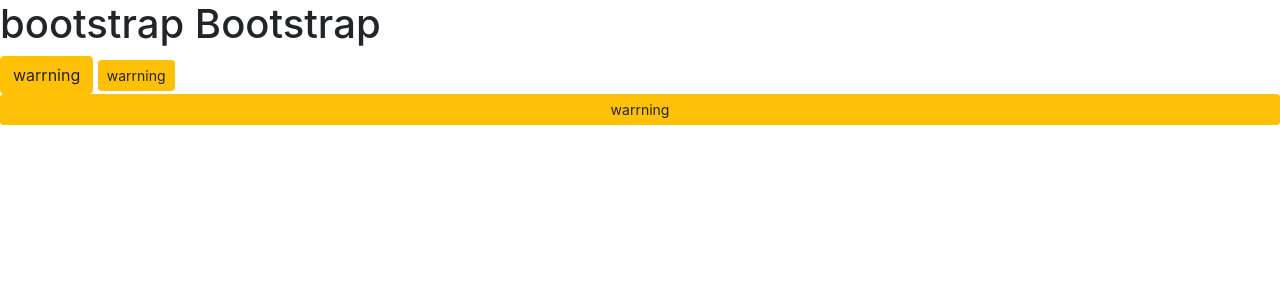
Repository: Mietlicha/exercise2
Page: index.html
An editor plug-in stored every save of this project. The page is shown before and after the next save, followed by the edit.
The browser window is 1280 px wide. The pictures show the whole page.

Above is the page before, as saved 2019-10-22 16:48:31.

### index.html
<!DOCTYPE html>
<html lang="en">
<head>
    <meta charset="UTF-8">
    <meta name="viewport" content="width=device-width, initial-scale=1.0">
    <meta http-equiv="X-UA-Compatible" content="ie=edge">
    <title>Document</title>
    <link rel="stylesheet" href="https://stackpath.bootstrapcdn.com/bootstrap/4.3.1/css/bootstrap.min.css" integrity="sha384-ggOyR0iXCbMQv3Xipma34MD+dH/1fQ784/j6cY/iJTQUOhcWr7x9JvoRxT2MZw1T" crossorigin="anonymous">

</head>
<body>
    <h1>bootstrap Bootstrap</h1>
    <button class="btn btn-warning">warrning</button>
    <button class="btn btn-warning btn-sm">warrning</button>
    <button class="btn btn-warning btn-sm btn-block">warrning</button>
</body>
</html>

After the next save:
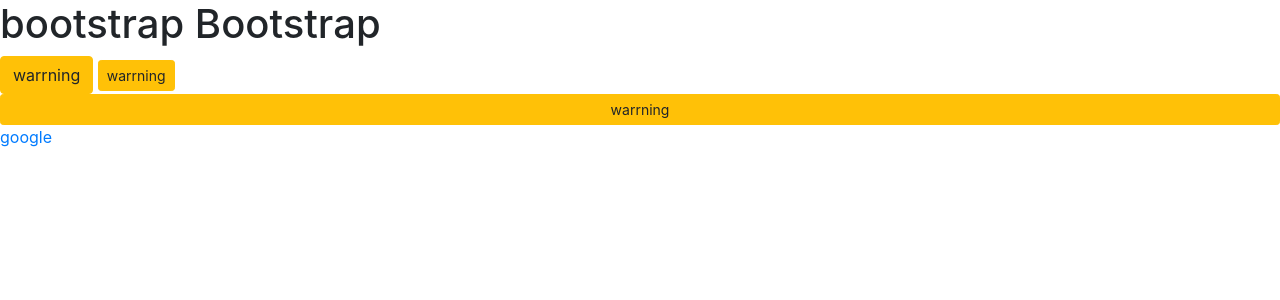
Saved 2 min 23 s later.
--- a/index.html
+++ b/index.html
@@ -13,5 +13,6 @@
     <button class="btn btn-warning">warrning</button>
     <button class="btn btn-warning btn-sm">warrning</button>
     <button class="btn btn-warning btn-sm btn-block">warrning</button>
+    <a href="http://www.google.pl">google</a>
 </body>
 </html>
